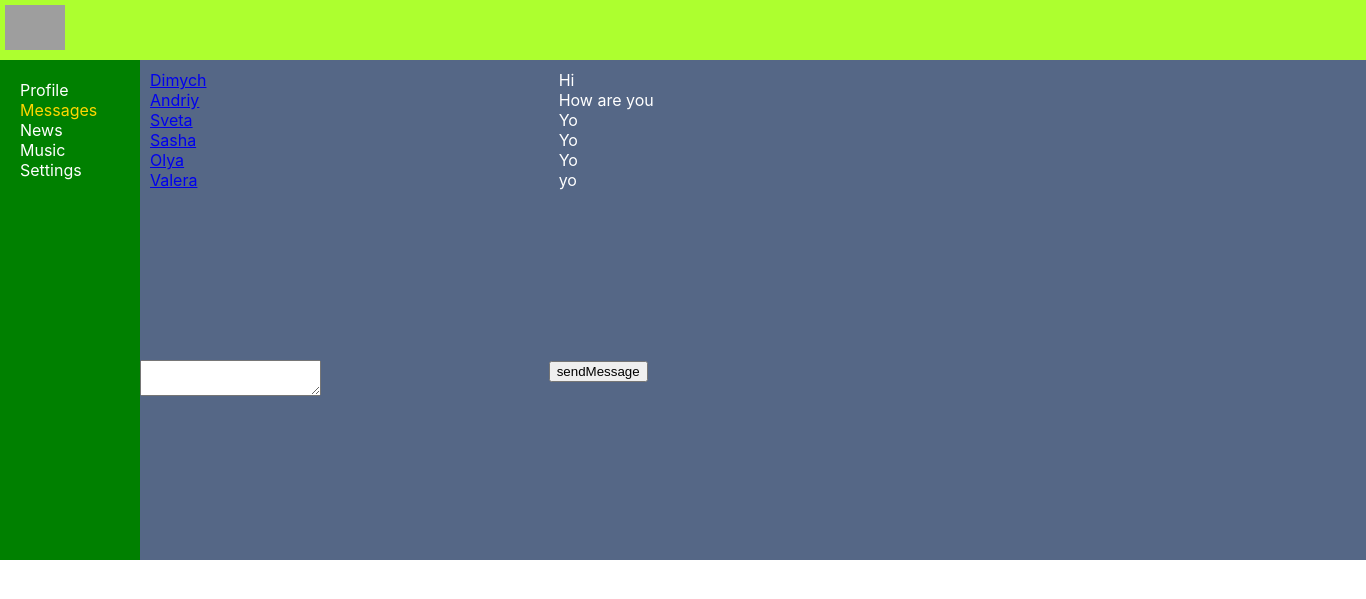
Repository: AndreyMykulych/FirstProject
Page: /dialogs
These files come from the project's save history. The page is drawn as it stood at one moment and after the next save; the edit follows.
The browser window is 1280 px wide. The page is 1366 px wide, so the pictures cover 1366 px, including what lies to the right of the window. The pictures show the whole page.
Pictures or frames that could not be fetched are drawn as grey boxes. The project was rebuilt for these pictures with package versions that can differ from the ones it lists, and the page was loaded fresh each time. Also part of the build but not shown: src/components/Profile/MyPosts/MyPosts.module.css, src/components/Profile/MyPosts/Post/Post.module.css, src/components/Profile/MyPosts/Post/Post.jsx, src/components/Profile/MyPosts/MyPosts.jsx, src/components/Profile/ProfileInfo/ProfileInfo.module.css, src/components/Profile/ProfileInfo/ProfileInfo.jsx, src/components/Profile/Profile.jsx.

Above is the page before, as saved 2022-06-09 17:01:43.

After the next save:
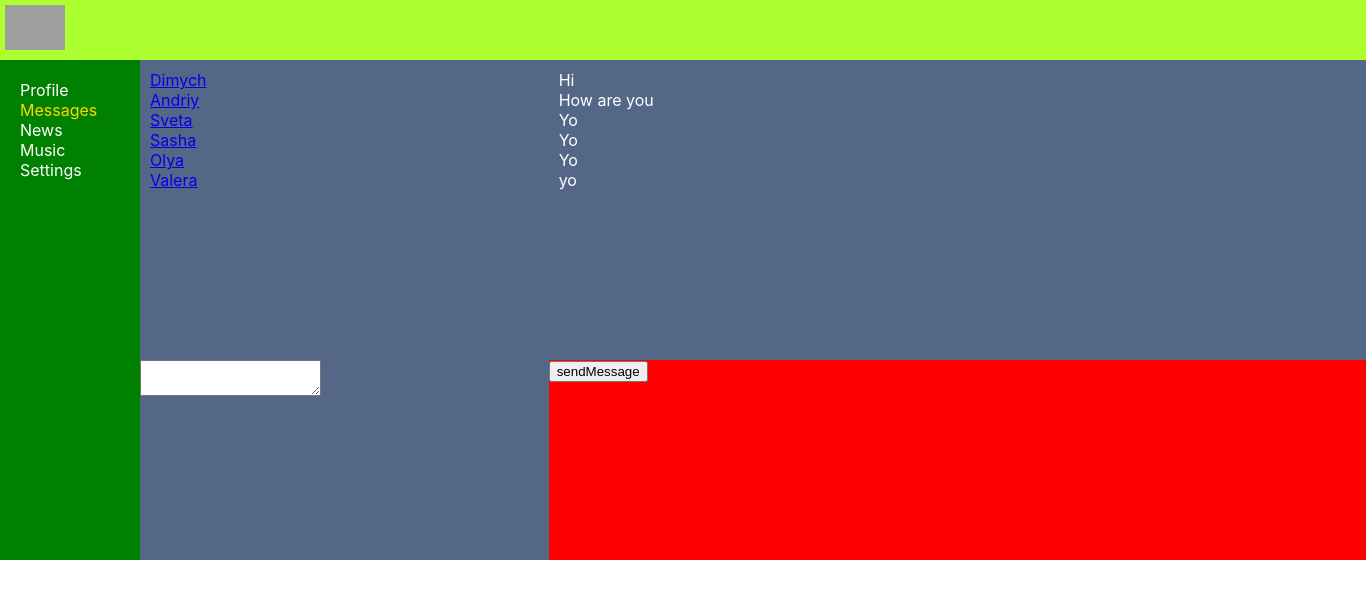
Saved 16 s later.
--- a/src/components/Dialogs/Dialogs.module.css
+++ b/src/components/Dialogs/Dialogs.module.css
@@ -26,5 +26,5 @@
 }
 
 .btnBlock {
-    color: white;
+    background :red;
 }

After the 2 saves that followed:
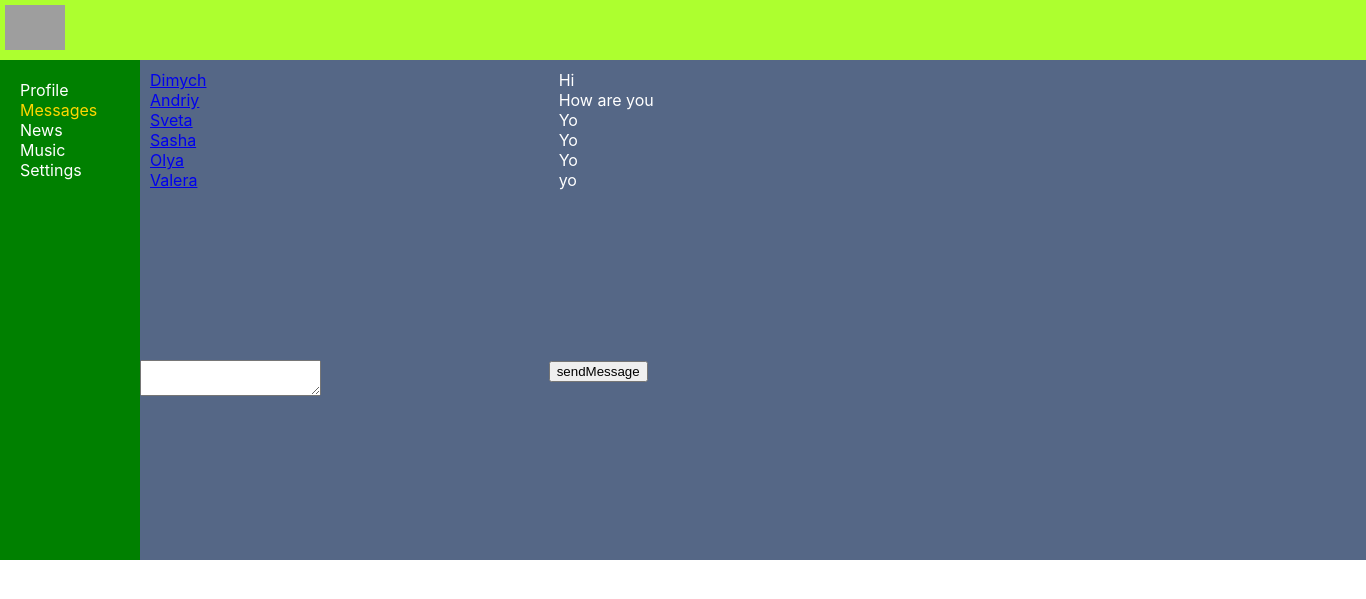
The 2 saves are shown as one change because 1 left the picture as it was.
The last was saved 53 s later.
--- a/src/components/Dialogs/Dialogs.jsx
+++ b/src/components/Dialogs/Dialogs.jsx
@@ -22,7 +22,7 @@ const Dialogs = (props) => {
                 <textarea></textarea>
             </div>
             <div className={s.btnBlock}>
-                <button>sendMessage</button>
+                <button className={s.SendButton}>sendMessage</button>
                 </div>
         </div>
 
--- a/src/components/Dialogs/Dialogs.module.css
+++ b/src/components/Dialogs/Dialogs.module.css
@@ -26,5 +26,8 @@
 }
 
 .btnBlock {
-    background :red;
+
 }
+.sendButton {
+    color:red
+}
